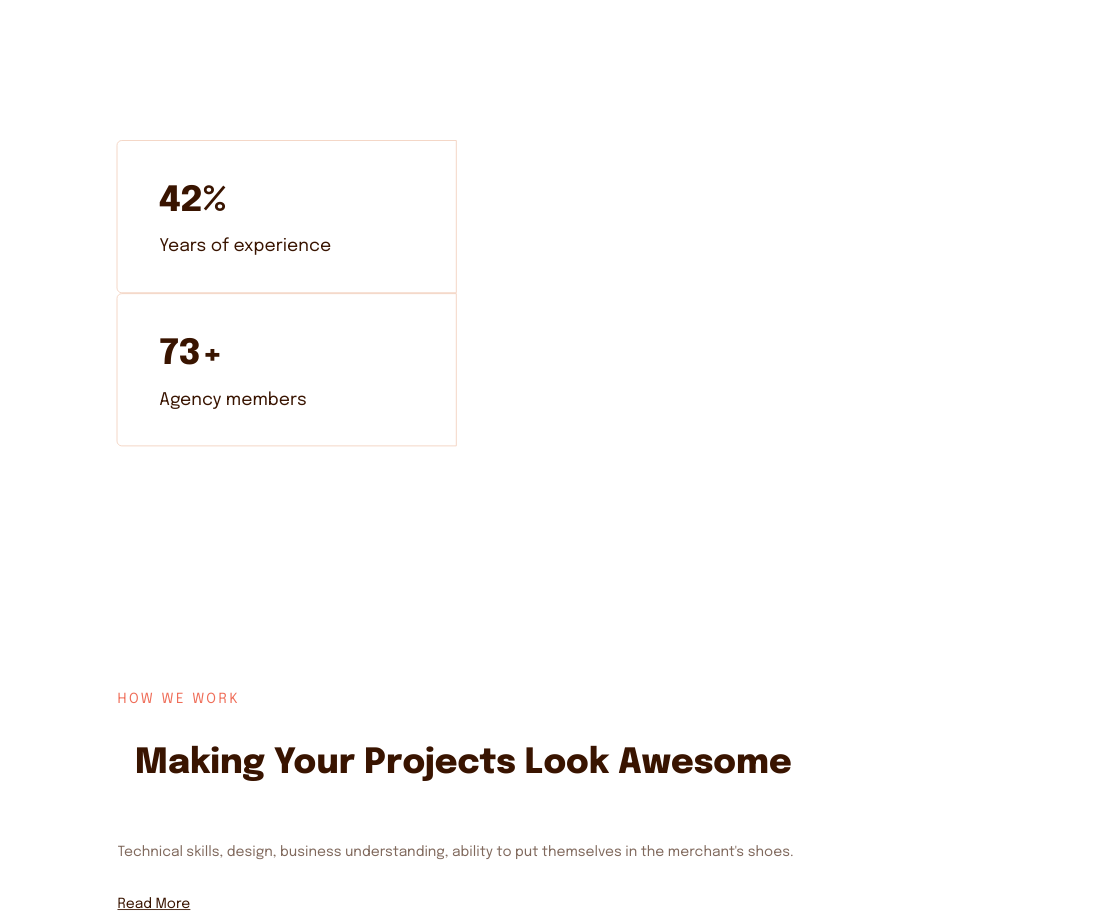
Repository: MehdiKerimov/Figma-task-7
Page: index.html
An editor plug-in stored every save of this project. The page is shown before and after the next save, followed by the edit.
The browser window is 1280 px wide. The pictures show the whole page, at 87% of full size.

Above is the page before, as saved 2023-08-30 11:56:18.

### index.html
<!DOCTYPE html>
<html lang="en">

<head>
    <meta charset="UTF-8">
    <meta name="viewport" content="width=device-width, initial-scale=1.0">
    <title>Document</title>
    <link rel="stylesheet" href="index.css">
</head>

<body>
    <div class="container">
        <ul>
            <div class="box-1">
                <li>
                    <h1>42%</h1>
                    <p>Years of experience</p>
                </li>
            </div>
            <div class="box-2">
                <li>
                    <h1>73+</h1>
                    <P>Agency members</P>
                </li>

            </div>
        </ul>
    </div>
    <div class="container-2">
        <h1>How we work</h1>
        <h2>Making Your Projects Look Awesome</h2>
        <p>Technical skills, design, business understanding, ability to put themselves in the merchant's shoes.</p>
        <a href="">Read More</a>
    </div>
    <div class="container-3">
    </div>
</body>

</html>

### index.css
@import url('https://fonts.googleapis.com/css2?family=Epilogue:wght@400;800&display=swap');*{
padding: 0;
margin: 0;
box-sizing: border-box;
}
.container{
    display: flex;
    padding: 161px 134px 135px 134px;
}
.box-1{

    width: 391px;
height: 176px;
    border-radius: 6px 0px 0px 6px;
border: 1px solid #F3D1BF;
}
ul{
    list-style-type: none;
}
.box-1 li h1{
    padding: 45px 0px 13px 48px;
    color: var(--text-dark, #391400);
font-feature-settings: 'clig' off, 'liga' off;
font-family: Epilogue;
font-size: 40px;
font-style: normal;
font-weight: 800;
line-height: 48px;
}
.box-1 li p{
    margin-left: 48px;
    color: var(--text-dark, #391400);
font-feature-settings: 'clig' off, 'liga' off;
font-family: Epilogue;
font-size: 20px;
font-style: normal;
font-weight: 400;
line-height: 32px;
}
.box-2{

       width: 391px;
height: 176px;
    border-radius: 6px 0px 0px 6px;
border: 1px solid #F3D1BF;
}
.box-2 li h1{
     padding: 45px 0px 13px 48px;
color: var(--text-dark, #391400);
font-feature-settings: 'clig' off, 'liga' off;
font-family: Epilogue;
font-size: 40px;
font-style: normal;
font-weight: 800;
line-height: 48px;
}
.box-2 li p{
      margin-left: 48px;
    color: var(--text-dark, #391400);
font-feature-settings: 'clig' off, 'liga' off;
font-family: Epilogue;
font-size: 20px;
font-style: normal;
font-weight: 400;
line-height: 32px;
}
.box-3{
      width: 391px;
height: 176px;
    border-radius: 6px 0px 0px 6px;
border: 1px solid #F3D1BF;
}
.box-3 li h1{
     padding: 45px 0px 13px 48px;
    color: var(--text-dark, #391400);
font-feature-settings: 'clig' off, 'liga' off;
font-family: Epilogue;
font-size: 40px;
font-style: normal;
font-weight: 800;
line-height: 48px;
}
.box-3 li p{
        margin-left: 48px;
    color: var(--text-dark, #391400);
font-feature-settings: 'clig' off, 'liga' off;
font-family: Epilogue;
font-size: 20px;
font-style: normal;
font-weight: 400;
line-height: 32px;
}
.container{
    display: flex;
}
.container-2 h1{
    padding: 140px 0px 17px 135px;
    color: var(--text-dark-accent, #EF6D58);
font-feature-settings: 'clig' off, 'liga' off;
font-family: Epilogue;
font-size: 16px;
font-style: normal;
font-weight: 400;
line-height: 32px;
letter-spacing: 3px;
text-transform: uppercase;
}
.container-2 h2{
    padding: 17px 152px 31px 155px;
    color: var(--text-dark, #391400);
font-feature-settings: 'clig' off, 'liga' off;
font-family: Epilogue;
font-size: 40px;
font-style: normal;
font-weight: 800;
line-height: 48px;
}
.container-2 p{
    padding: 31px 130px 28px 135px;
color: var(--text-dark-gray, rgba(57, 20, 0, 0.64));
font-feature-settings: 'clig' off, 'liga' off;
font-family: Epilogue;
font-size: 16px;
font-style: normal;
font-weight: 400;
line-height: 32px;
}
.container-2 a{
    padding: 28px 0px 0px 135px;
    color: var(--text-dark, #391400);
font-feature-settings: 'clig' off, 'liga' off;
font-family: Epilogue;
font-size: 16px;
font-style: normal;
font-weight: 400;
line-height: 32px;
}

After the next save:
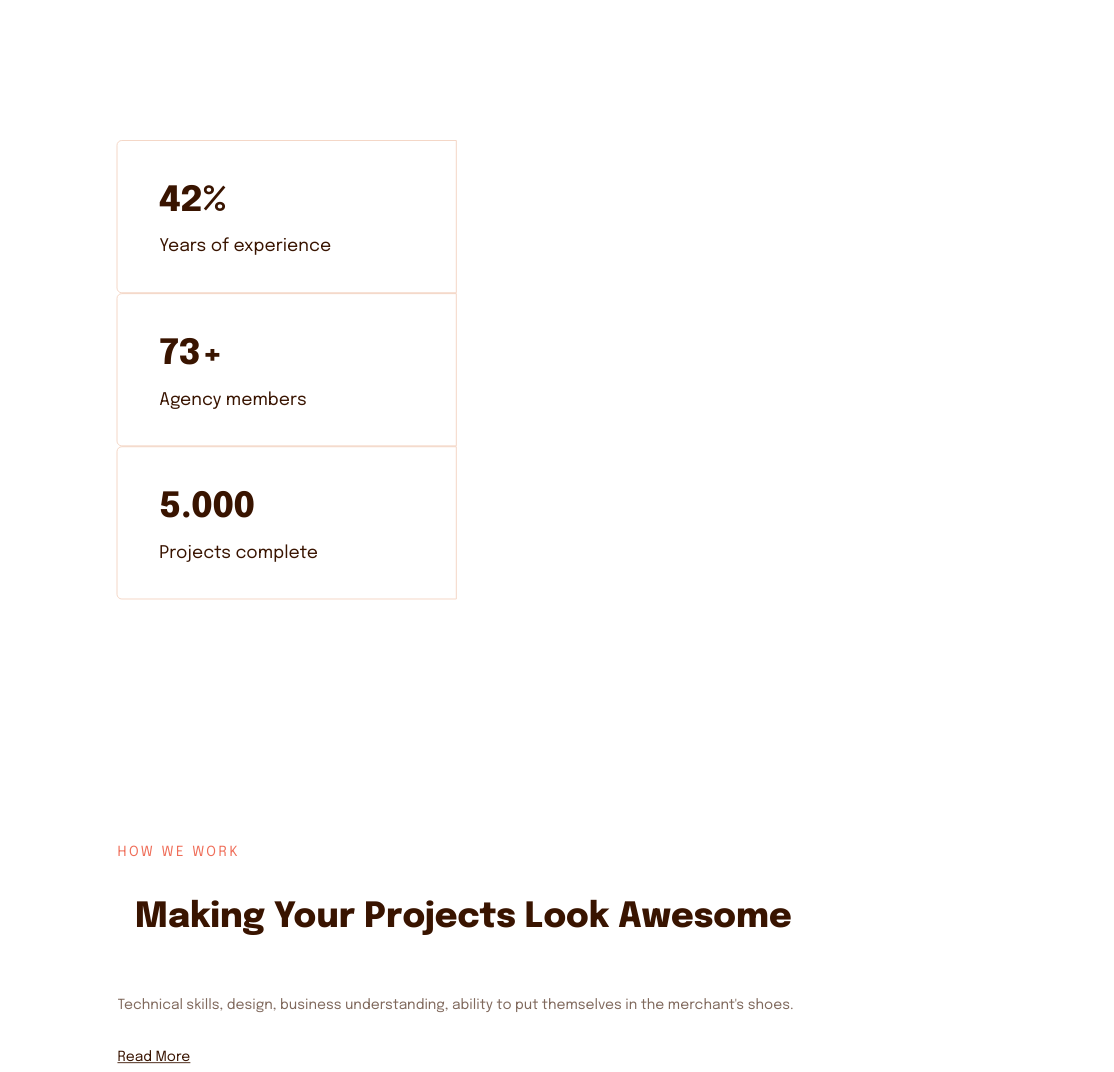
Saved 5 s later.
--- a/index.html
+++ b/index.html
@@ -24,6 +24,12 @@
                 </li>
 
             </div>
+            <div class="box-3">
+                <li>
+                    <h1>5.000</h1>
+                    <p>Projects complete</p>
+                </li>
+            </div>
         </ul>
     </div>
     <div class="container-2">
